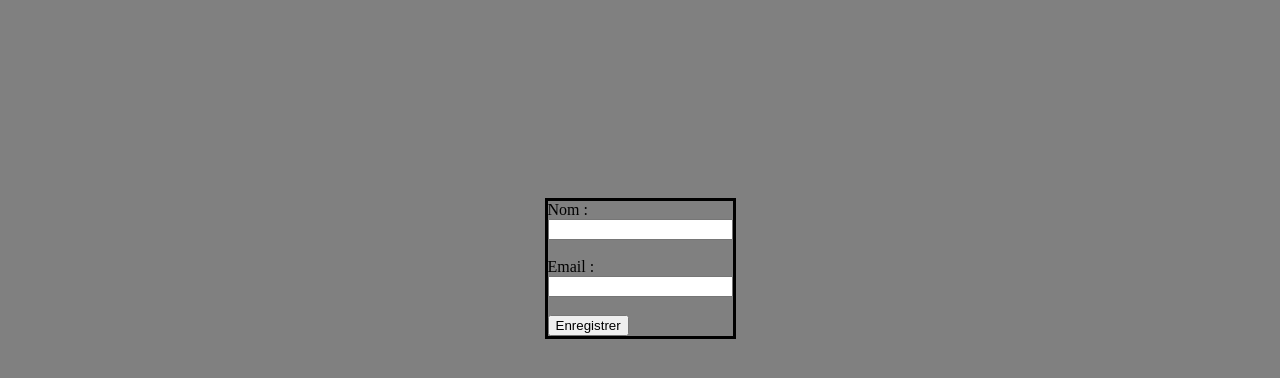
Repository: Haidara-97/TPJEE
Page: http://localhost/AppTest/
An editor plug-in stored every save of this project. The page is shown before and after the next save, followed by the edit.
The browser window is 1280 px wide. The pictures show the whole page.
The page is served by Tomcat 9.

Above is the page before, as saved 2025-06-18 14:01:23.

After the next save:
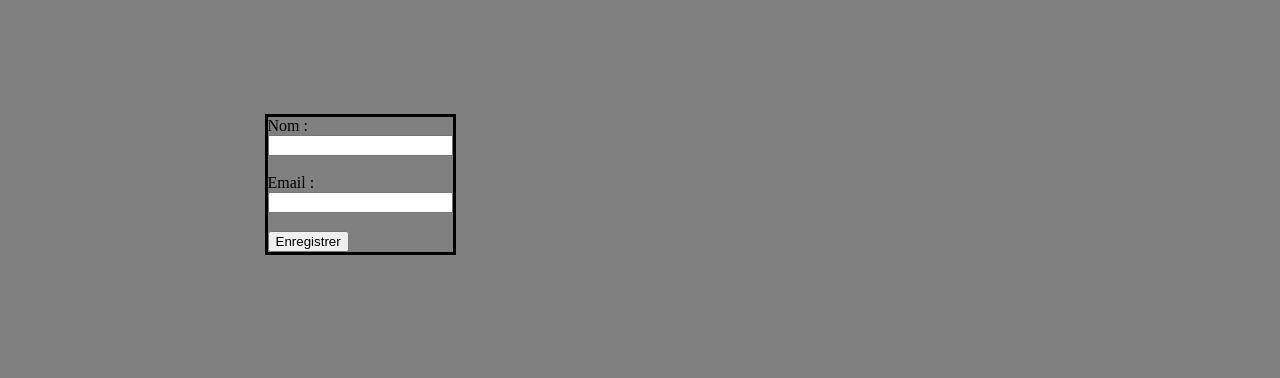
Saved 40 s later.
--- a/AppTest/src/main/webapp/index.jsp
+++ b/AppTest/src/main/webapp/index.jsp
@@ -10,6 +10,7 @@ body{
 display: flex;
 background-color: gray;
 align-items: center;
+width:55%;
 }
 .forme{
 margin :auto;
